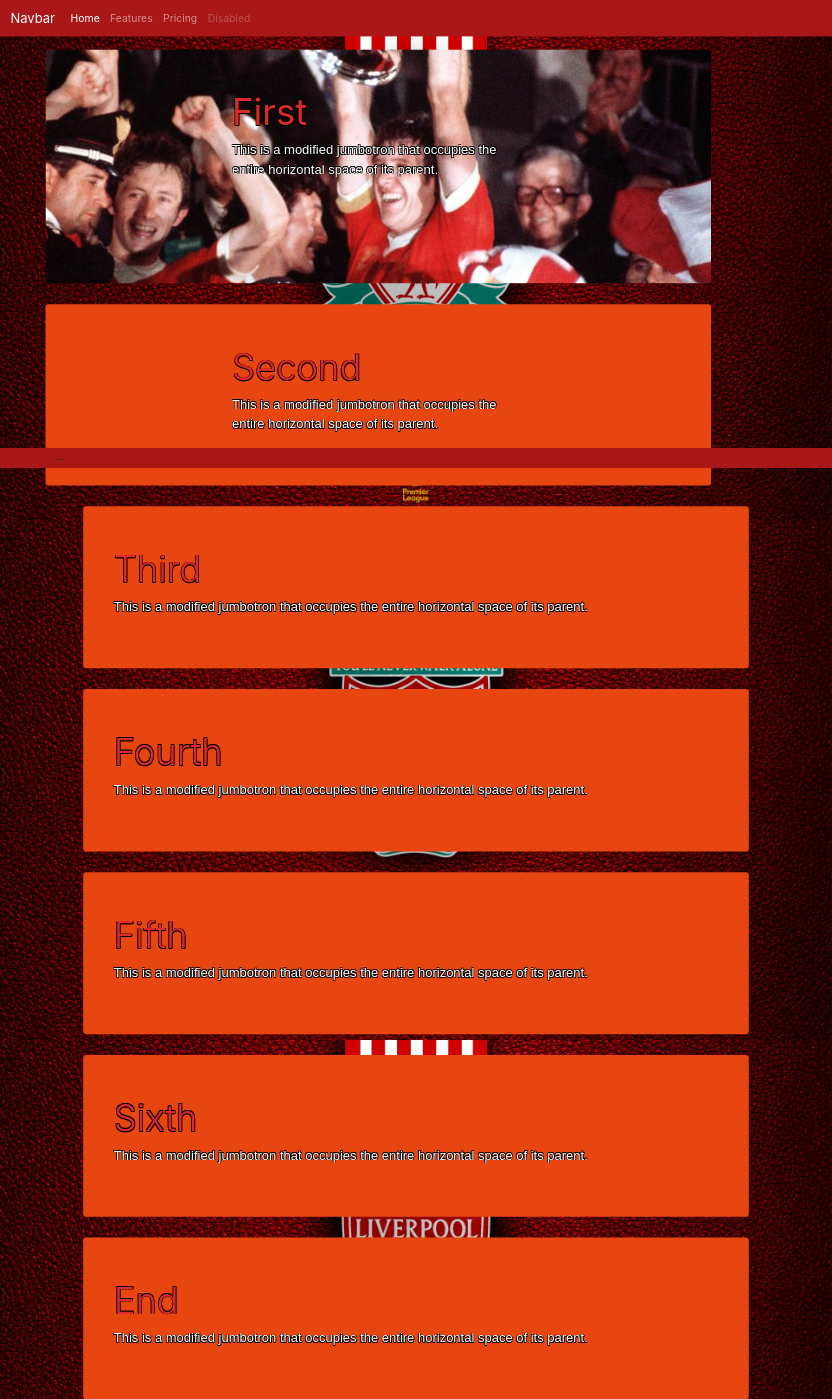
Repository: DalyAD/allez-2
Page: page1.html
The author's editor kept a record of every edit. The page is drawn from the files as they stood at one moment, then again after the next edit.
The browser window is 1280 px wide. The pictures show the whole page, at 65% of full size.
Backgrounds fixed to the window are drawn as part of the page.

Above is the page before.

### page1.html
<!DOCTYPE html>
<html lang="en">

<head>
    <meta charset="UTF-8">
    <meta name="viewport" content="width=device-width, initial-scale=1.0">
    <meta http-equiv="X-UA-Compatible" content="ie=edge">
    <link rel="stylesheet" href="assets/css/style.css" type="text/css" />
    <link rel="stylesheet" href="https://stackpath.bootstrapcdn.com/font-awesome/4.7.0/css/font-awesome.min.css" type="text/css" />
    <link rel="stylesheet" href="https://stackpath.bootstrapcdn.com/bootstrap/4.4.1/css/bootstrap.min.css" type="text/css" />
    <title>Document</title>
</head>

<body>
    <header>
        <nav class="navbar navbar-expand-lg navbar-dark">
            <a class="navbar-brand" href="index.html">Navbar</a>
            <button class="navbar-toggler" type="button" data-toggle="collapse" data-target="#navbarNavAltMarkup" aria-controls="navbarNavAltMarkup" aria-expanded="false" aria-label="Toggle navigation">
                <span class="navbar-toggler-icon"></span>
            </button>
            <div class="collapse navbar-collapse" id="navbarNavAltMarkup">
                <div class="navbar-nav">
                    <a class="nav-item nav-link active" href="#">Home <span class="sr-only">(current)</span></a>
                    <a class="nav-item nav-link" href="#">Features</a>
                    <a class="nav-item nav-link" href="#">Pricing</a>
                    <a class="nav-item nav-link disabled" href="#">Disabled</a>
                </div>
            </div>
        </nav>
    </header>
    <section>
        <div class="container">
            <div class="jumbotron first row">
                <div class="container col-sm-12 col-lg-6">
                    <h1 class="display-4"><strong>First</strong></h1>
                    <p class="lead">This is a modified jumbotron that occupies the entire horizontal space of its parent.</p>
                </div>
            </div>
            <div class="jumbotron second row">
                <div class="container col-sm-12 col-md-6">
                    <h1 class="display-4">Second</h1>
                    <p class="lead">This is a modified jumbotron that occupies the entire horizontal space of its parent.</p>
                </div>
            </div>
        </div>
        </div>
        <div class="jumbotron third">
            <div class="container">
                <h1 class="display-4">Third</h1>
                <p class="lead">This is a modified jumbotron that occupies the entire horizontal space of its parent.</p>
            </div>
        </div>
        <div class="jumbotron fourth">
            <div class="container">
                <h1 class="display-4">Fourth</h1>
                <p class="lead">This is a modified jumbotron that occupies the entire horizontal space of its parent.</p>
            </div>
        </div>
        <div class="jumbotron fifth">
            <div class="container">
                <h1 class="display-4">Fifth</h1>
                <p class="lead">This is a modified jumbotron that occupies the entire horizontal space of its parent.</p>
            </div>
        </div>
        <div class="jumbotron sixth">
            <div class="container">
                <h1 class="display-4">Sixth</h1>
                <p class="lead">This is a modified jumbotron that occupies the entire horizontal space of its parent.</p>
            </div>
        </div>
        <div class="jumbotron end">
            <div class="container">
                <h1 class="display-4">End</h1>
                <p class="lead">This is a modified jumbotron that occupies the entire horizontal space of its parent.</p>
            </div>
        </div>
    </section>
    <footer class="footer ">
        <div class="container">
            ...
        </div>
    </footer>
    <script src="https://code.jquery.com/jquery-3.4.1.slim.min.js" integrity="sha384-J6qa4849blE2+poT4WnyKhv5vZF5SrPo0iEjwBvKU7imGFAV0wwj1yYfoRSJoZ+n" crossorigin="anonymous"></script>
    <script src="https://cdn.jsdelivr.net/npm/popper.js@1.16.0/dist/umd/popper.min.js" integrity="sha384-Q6E9RHvbIyZFJoft+2mJbHaEWldlvI9IOYy5n3zV9zzTtmI3UksdQRVvoxMfooAo" crossorigin="anonymous"></script>
    <script src="https://stackpath.bootstrapcdn.com/bootstrap/4.4.1/js/bootstrap.min.js" integrity="sha384-wfSDF2E50Y2D1uUdj0O3uMBJnjuUD4Ih7YwaYd1iqfktj0Uod8GCExl3Og8ifwB6" crossorigin="anonymous"></script>
</body>

</html>

### assets/css/style.css
/*Global*/



.footer {
  position: fixed;
  bottom: 0;
  width: 100%;
  height: 30px;
  background-color: #aa1718;
}

/*page 1 styling*/

.welcome {
  background-color: #e84610 !important;
}

.jumbotron {
  background-color: #e84610 !important;
}

.lead {
  font-family: Arial;
  color: #fff;
  font-size: 20px !important;
  text-shadow: -1px -1px 0 #000,
  1px -1px 0 #000,
  -1px 1px 0 #000,
  1px 1px 0 #000;
}

.jumbotron {
  margin-top: 15px;
}

.navbar {
  background-color: #aa1718;
}

.bg-custom {
  color: #fff !important;
}

.navbar-light a {
  color: #fff !important;
}

.first {
  background-attachment: scroll;
  background-image: url(../images/1977.jpeg);
  background-position: bottom;
  background-size: cover;
  height: 50vh;
  width: 100vw;
  margin-bottom: 0px;
  z-index: 1;
}

.jumbotron {
  width: 80vw;
  margin: auto;
  margin-top: 20px;
}


body {
  background-attachment: fixed;
  background-image: url(../images/crest2.jpg);
  background-position: center;
  background-repeat: no-repeat;
  background-size: cover;
  height: 100vh;
  width: 100vw;
  margin-bottom: 0px;
  z-index: 1;
}

.display-4 {
  color: #dd2a28;
  text-shadow: -1px -1px 0 #000,
  1px -1px 0 #000,
  -1px 1px 0 #000,
  1px 1px 0 #000;
}

@media (min-width:992px) {
  .first {
    padding: 10px;
  }
}

After the next edit:
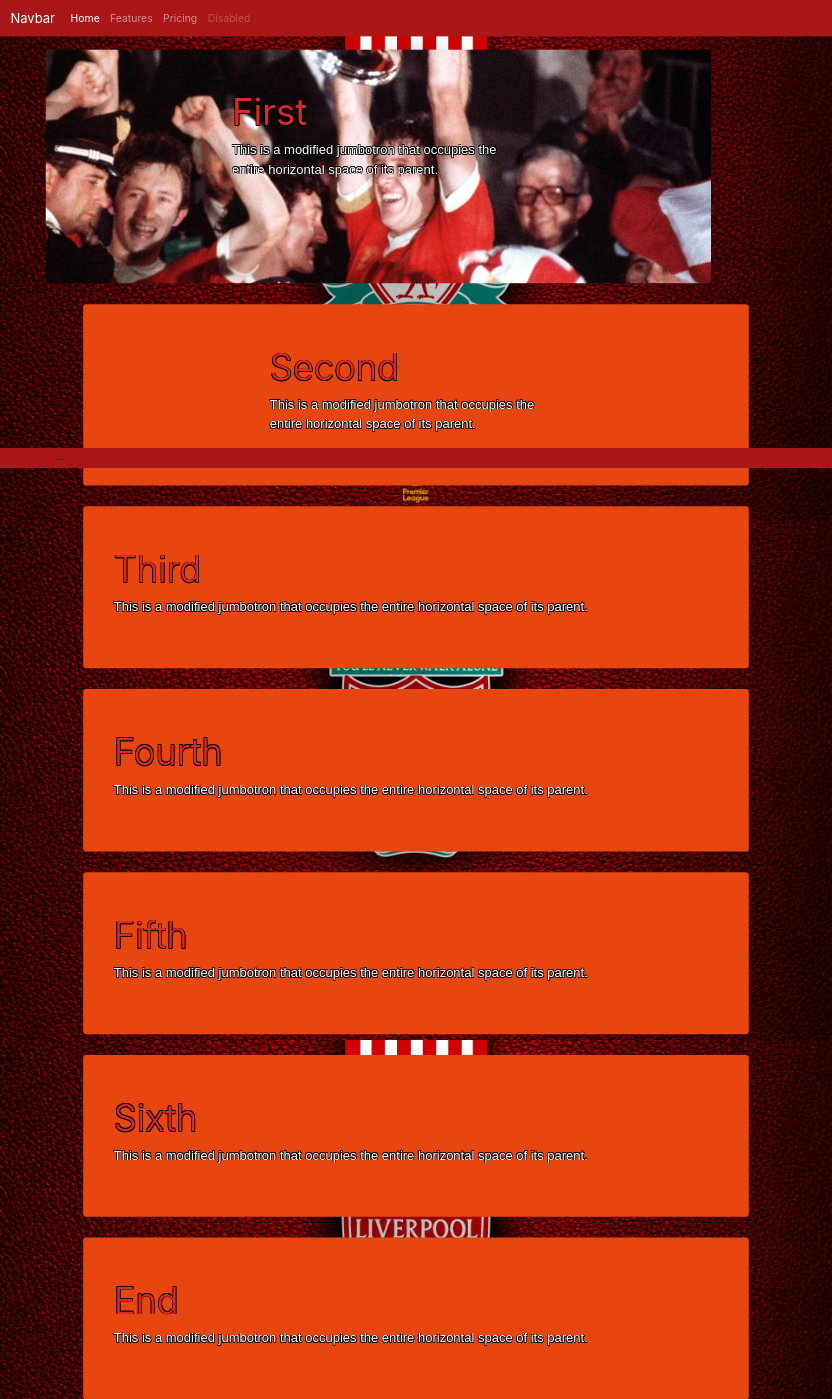
The edit:
--- a/page1.html
+++ b/page1.html
@@ -36,8 +36,8 @@
                     <p class="lead">This is a modified jumbotron that occupies the entire horizontal space of its parent.</p>
                 </div>
             </div>
-            <div class="jumbotron second row">
-                <div class="container col-sm-12 col-md-6">
+            <div class="jumbotron second">
+                <div class="container col-sm-12 col-lg-6">
                     <h1 class="display-4">Second</h1>
                     <p class="lead">This is a modified jumbotron that occupies the entire horizontal space of its parent.</p>
                 </div>
